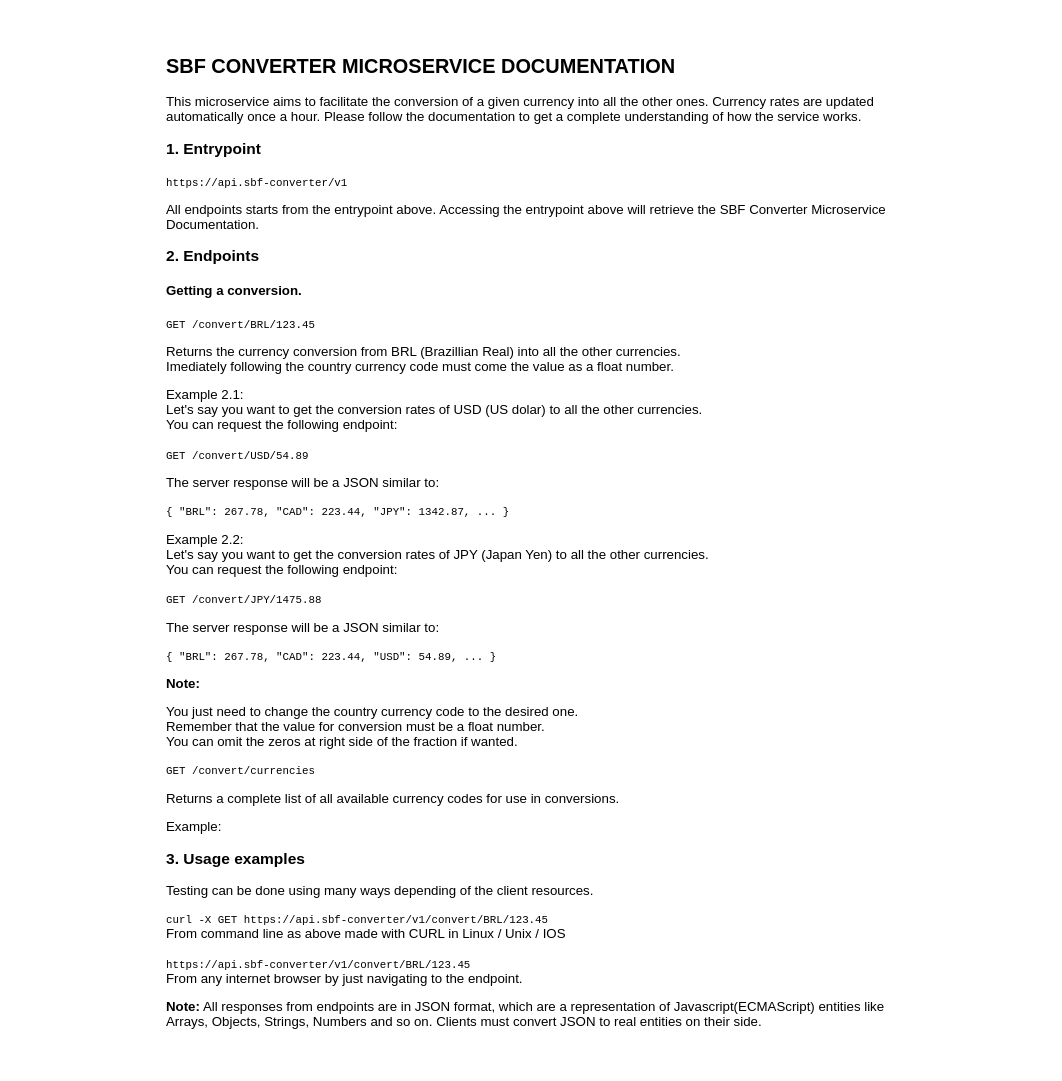
Repository: miguelamello/nestjs-restful-api
Page: documentation.html
An editor plug-in stored every save of this project. The page is shown before and after a run of saves, followed by the edit.
The browser window is 1280 px wide. The pictures show the whole page, at 83% of full size.

Above is the page before, as saved 2023-03-21 22:58:08.

### documentation.html
<!DOCTYPE html>
<html lang="en">
<head>
  <meta charset="UTF-8">
  <meta http-equiv="X-UA-Compatible" content="IE=edge">
  <meta name="viewport" content="width=device-width, initial-scale=1.0">
  <title>SBF Converter Documentation</title>
  <style>
    body {
      font-family: Arial, Helvetica, sans-serif;
      padding: 3% 15%;
    }
  </style>
</head>
<body>
  <h2>SBF CONVERTER MICROSERVICE DOCUMENTATION</h2>
  <p>
    This microservice aims to facilitate the conversion of a given currency
    into all the other ones. Currency rates are updated automatically once a hour.
    Please follow the documentation to get a complete understanding of how the service works.
  </p>

  <h3>1. Entrypoint</h3>
  <code>https://api.sbf-converter/v1</code>
  <p>
    All endpoints starts from the entrypoint above. Accessing the entrypoint
    above will retrieve the SBF Converter Microservice Documentation.
  </p>

  <h3>2. Endpoints</h3>
  <h4>Getting a conversion.</h4>
  <p>
    <code>GET /convert/BRL/123.45</code>
    <div>Returns the currency conversion from BRL (Brazillian Real) into all the other currencies.</div>
    <div>Imediately following the country currency code must come the value as a float number.</div>

    <p>
      <div>Example 2.1:</div>
      <div>Let's say you want to get the conversion rates of USD (US dolar) to all the other currencies.</div>
      <div>You can request the following endpoint:</div><br>
      <code>GET /convert/USD/54.89</code>
    </p>

    <p>The server response will be a JSON similar to:</p>
    <code>{ "BRL": 267.78, "CAD": 223.44, "JPY": 1342.87, ... }</code>

    <p>
      <div>Example 2.2:</div>
      <div>Let's say you want to get the conversion rates of JPY (Japan Yen) to all the other currencies.</div>
      <div>You can request the following endpoint:</div><br>
      <code>GET /convert/JPY/1475.88</code>
    </p>

    <p>The server response will be a JSON similar to:</p>
    <code>{ "BRL": 267.78, "CAD": 223.44, "USD": 54.89, ... }</code>

    <p>
      <b>Note:</b>
      <div>You just need to change the country currency code to the desired one.</div>
      <div>Remember that the value for conversion must be a float number.</div>
      <div>You can omit the zeros at right side of the fraction if wanted.</div>
    </p>
  </p>

  <p>
    <code>GET /convert/currencies</code>
    <div>Returns a complete list of all available currency codes for use in conversions.</div>

    <p>Example:</p>
  </p>

  <h3>3. Usage examples</h3>

  <p>Testing can be done using many ways depending of the client resources.</p>

  <code>curl -X GET https://api.sbf-converter/v1/convert/BRL/123.45</code>
  <div>From command line as above made with CURL in Linux / Unix / IOS</div>
  <br>
  <code>https://api.sbf-converter/v1/convert/BRL/123.45</code>
  <div>From any internet browser by just navigating to the endpoint.</div>

  <p>
    <b>Note:</b> All responses from endpoints are in JSON format, which are a
    representation of Javascript(ECMAScript) entities like Arrays, Objects,
    Strings, Numbers and so on. Clients must convert JSON to real entities
    on their side.
  </p>

</body>
</html>

After the next 4 saves:
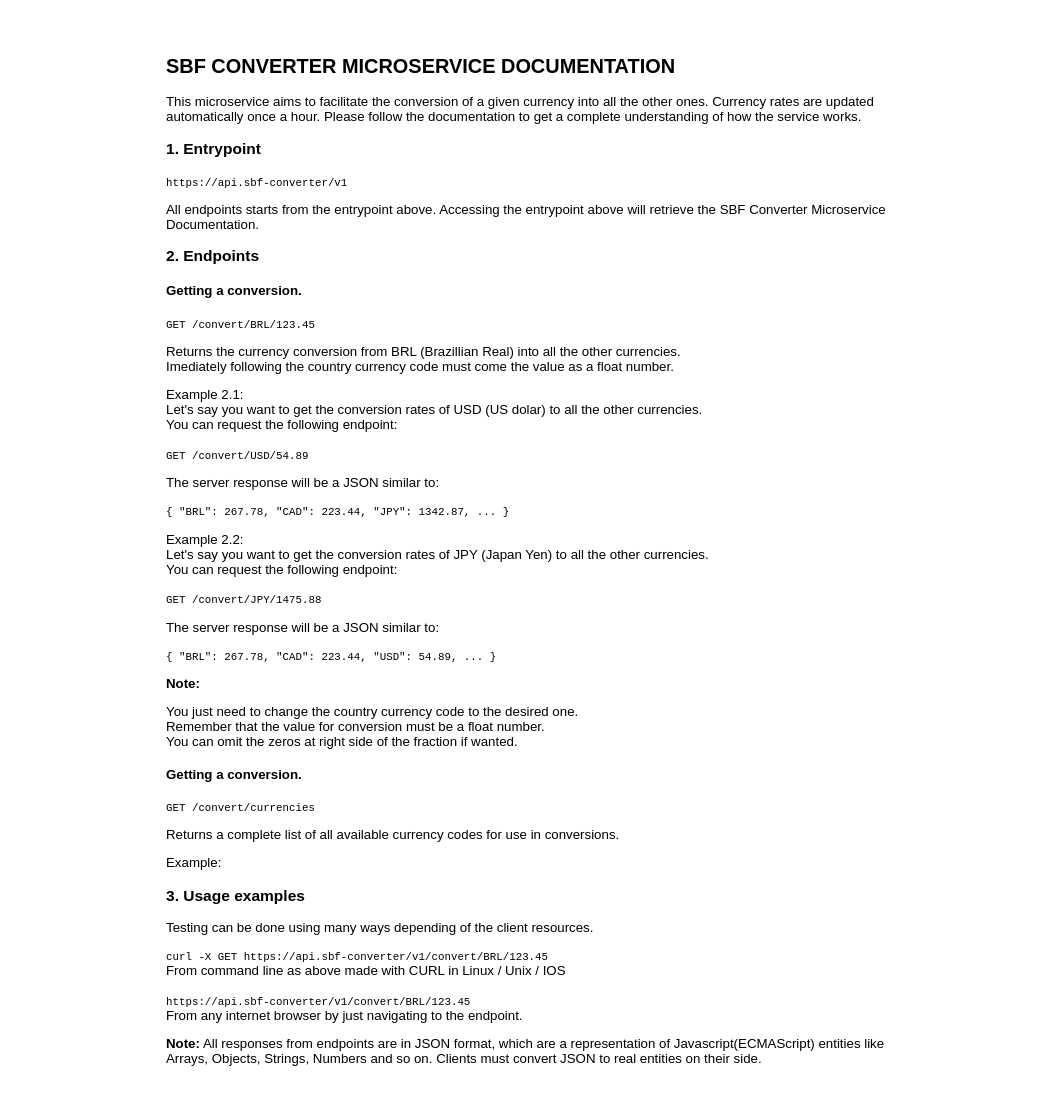
The 4 saves are shown as one change because they came seconds apart.
The last was saved 28 s later.
--- a/documentation.html
+++ b/documentation.html
@@ -62,6 +62,7 @@
     </p>
   </p>
 
+  <h4>Getting a conversion.</h4>
   <p>
     <code>GET /convert/currencies</code>
     <div>Returns a complete list of all available currency codes for use in conversions.</div>
